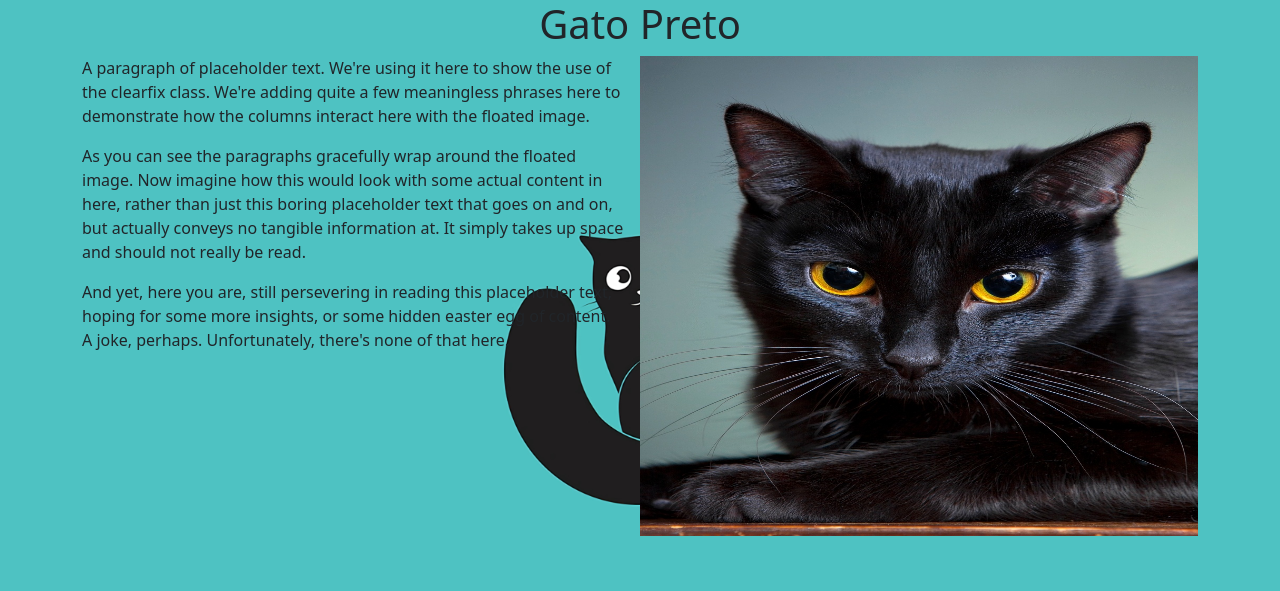
Repository: SktYzu/gatitu
Page: index.html
These files come from the project's save history. The page is drawn as it stood at one moment and after a run of saves; the edit follows.
The browser window is 1280 px wide. The pictures show the whole page.

Above is the page before, as saved 2023-11-27 15:08:16.

### index.html
<!DOCTYPE html>
<html lang="pt-BR">

<head>
    <meta charset="UTF-8">
    <meta name="viewport" content="width=device-width, initial-scale=1.0">
    <link rel="stylesheet" href="https://cdn.jsdelivr.net/npm/bootstrap@5.3.2/dist/css/bootstrap.min.css">
    <script src="https://cdn.jsdelivr.net/npm/bootstrap@5.3.2/dist/js/bootstrap.bundle.min.js"
        integrity="sha384-C6RzsynM9kWDrMNeT87bh95OGNyZPhcTNXj1NW7RuBCsyN/o0jlpcV8Qyq46cDfL"
        crossorigin="anonymous"></script>
    <title>Teste</title>
    <style>
        body {
            background-image: url('cat.jpg');
            background-size: cover;
        }
    </style>
</head>

<body>

    <h1 class="container text-center">Gato Preto</h1>
    <div class="container">

        <div class="clearfix" bg-black>
            <img src="preto.jpg" class="col-md-6 float-md-end mb-3 ms-md-3" alt="..." height="480px">

            <p>
                A paragraph of placeholder text. We're using it here to show the use of the clearfix class. We're adding
                quite a few meaningless phrases here to demonstrate how the columns interact here with the floated
                image.
            </p>

            <p>
                As you can see the paragraphs gracefully wrap around the floated image. Now imagine how this would look
                with
                some actual content in here, rather than just this boring placeholder text that goes on and on, but
                actually
                conveys no tangible information at. It simply takes up space and should not really be read.
            </p>

            <p>
                And yet, here you are, still persevering in reading this placeholder text, hoping for some more
                insights, or
                some hidden easter egg of content. A joke, perhaps. Unfortunately, there's none of that here.
            </p>
        </div>
    </div>


</body>

</html>

After the next 2 saves:
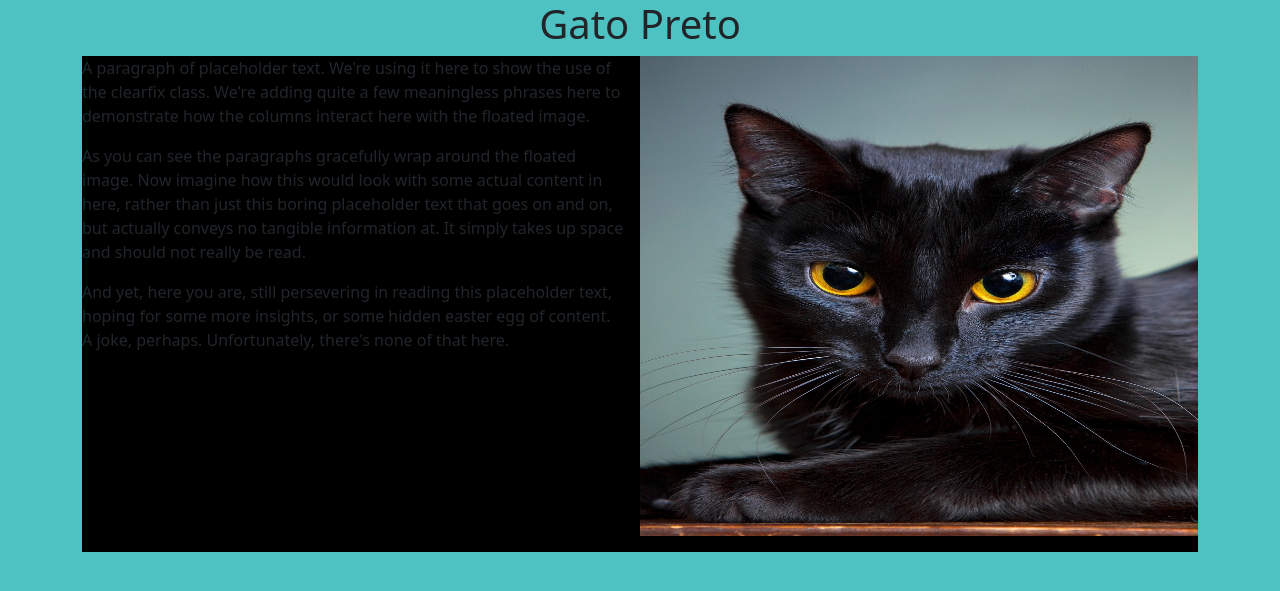
The 2 saves are shown as one change because they came seconds apart.
The last was saved 8 s later.
--- a/index.html
+++ b/index.html
@@ -22,7 +22,7 @@
     <h1 class="container text-center">Gato Preto</h1>
     <div class="container">
 
-        <div class="clearfix" bg-black>
+        <div class="clearfix bg-black " >
             <img src="preto.jpg" class="col-md-6 float-md-end mb-3 ms-md-3" alt="..." height="480px">
 
             <p>
